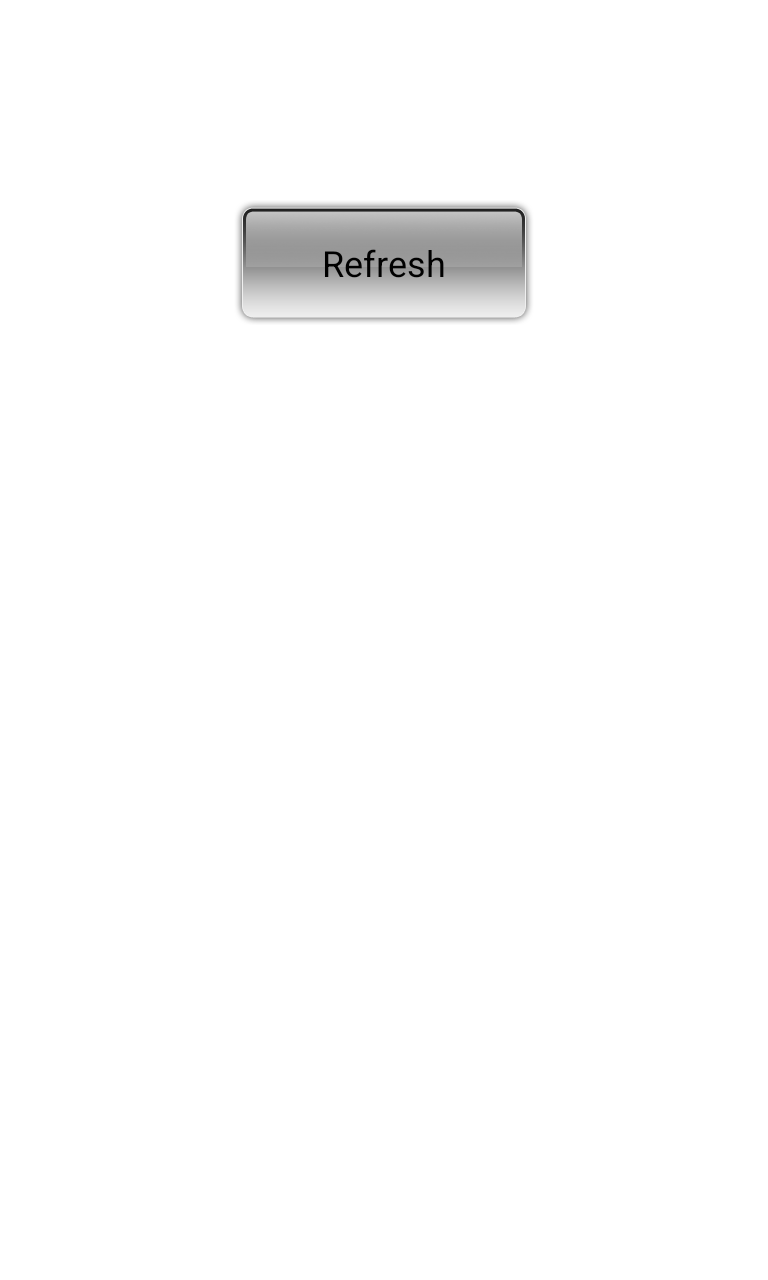
Repository: efreestone/MDF3_Freestone
Layout: ConvertIt/res/layout/activity_main.xml
These files come from the project's save history. The layout is drawn as it stood at one moment and after the next save; the edit follows.
It is drawn on a 768 x 1280 px phone screen (xhdpi) without system bars, with theme AppTheme; the app's code is not run.

Above is the layout before, as saved 2014-07-10 23:44:25.

### ConvertIt/res/layout/activity_main.xml
<?xml version="1.0" encoding="utf-8"?>
<LinearLayout xmlns:android="http://schemas.android.com/apk/res/android"
    android:id="@+id/parentView"
    android:layout_width="match_parent"
    android:layout_height="match_parent"
    android:orientation="vertical"
    >

    <TextView
        android:id="@+id/usdTV"
        android:layout_width="match_parent"
        android:layout_height="wrap_content"
        android:gravity="center" />

    <TextView
        android:id="@+id/eurTV"
        android:layout_width="match_parent"
        android:layout_height="wrap_content"
        android:gravity="center" />

    <TextView
        android:id="@+id/gbpTV"
        android:layout_width="match_parent"
        android:layout_height="wrap_content"
        android:gravity="center" />

    <TextView
        android:id="@+id/inrTV"
        android:layout_width="match_parent"
        android:layout_height="wrap_content"
        android:gravity="center" />

    <TextView
        android:id="@+id/cadTV"
        android:layout_width="match_parent"
        android:layout_height="wrap_content"
        android:gravity="center" />

    <Button
        android:id="@+id/refreshButton"
        android:layout_width="wrap_content"
        android:layout_height="wrap_content"
        android:layout_gravity="center"
        android:layout_margin="5dp"
        android:clickable="true"
        android:background="@drawable/button_background"
        android:text="@string/refreshButton"
        android:width="150dp" />



</LinearLayout>

### ConvertIt/res/drawable-hdpi/button_background.xml
<?xml version="1.0" encoding="utf-8"?>
<selector xmlns:android="http://schemas.android.com/apk/res/android" >
    <!-- Button Image when pressed -->
    <item
        android:drawable="@drawable/gradient_pressed_9patch"
        android:state_pressed="true"/>

    <!-- Button Image -->
    <item
        android:drawable="@drawable/gradient_9patch"/>



</selector>

### ConvertIt/res/drawable-ldpi/button_background.xml
<?xml version="1.0" encoding="utf-8"?>
<selector xmlns:android="http://schemas.android.com/apk/res/android" >
    <!-- Button Image when pressed -->
    <item
        android:drawable="@drawable/gradient_pressed_9patch"
        android:state_pressed="true"/>

    <!-- Button Image -->
    <item
        android:drawable="@drawable/gradient_9patch"/>



</selector>

### ConvertIt/res/drawable-mdpi/button_background.xml
<?xml version="1.0" encoding="utf-8"?>
<selector xmlns:android="http://schemas.android.com/apk/res/android" >
    <!-- Button Image when pressed -->
    <item
        android:drawable="@drawable/gradient_pressed_9patch"
        android:state_pressed="true"/>

    <!-- Button Image -->
    <item
        android:drawable="@drawable/gradient_9patch"/>



</selector>

### ConvertIt/res/drawable-xhdpi/button_background.xml
<?xml version="1.0" encoding="utf-8"?>
<selector xmlns:android="http://schemas.android.com/apk/res/android" >
    <!-- Button Image when pressed -->
    <item
        android:drawable="@drawable/gradient_pressed_9patch"
        android:state_pressed="true"/>

    <!-- Button Image -->
    <item
        android:drawable="@drawable/gradient_9patch"/>



</selector>

### ConvertIt/res/drawable-xxhdpi/button_background.xml
<?xml version="1.0" encoding="utf-8"?>
<selector xmlns:android="http://schemas.android.com/apk/res/android" >
    <!-- Button Image when pressed -->
    <item
        android:drawable="@drawable/gradient_pressed_9patch"
        android:state_pressed="true"/>

    <!-- Button Image -->
    <item
        android:drawable="@drawable/gradient_9patch"/>



</selector>

### ConvertIt/res/values/strings.xml
<?xml version="1.0" encoding="utf-8"?>
<resources>

    <string name="app_name">MDF3Project1</string>
    <string name="hello_world">Hello world!</string>
    <string name="action_settings">Settings</string>

    <string name="refreshButton">Refresh</string>

    <string name="noConnectionTitle">Connection Error</string>
    <string name="noConnectionAlert">This application requires internet access. Please check your network connection and try again.</string>

    <string name="noFileTitle">File does not exist</string>
    <string name="noFileAlert">The file does not exist on your device so it was requested from the API. Select Refresh to update the ListView</string>

</resources>

Loaded but not shown: ConvertIt/res/values/styles.xml (common file); ConvertIt/res/values-v11/styles.xml (common file); ConvertIt/res/values-v14/styles.xml (common file)

After the next save:
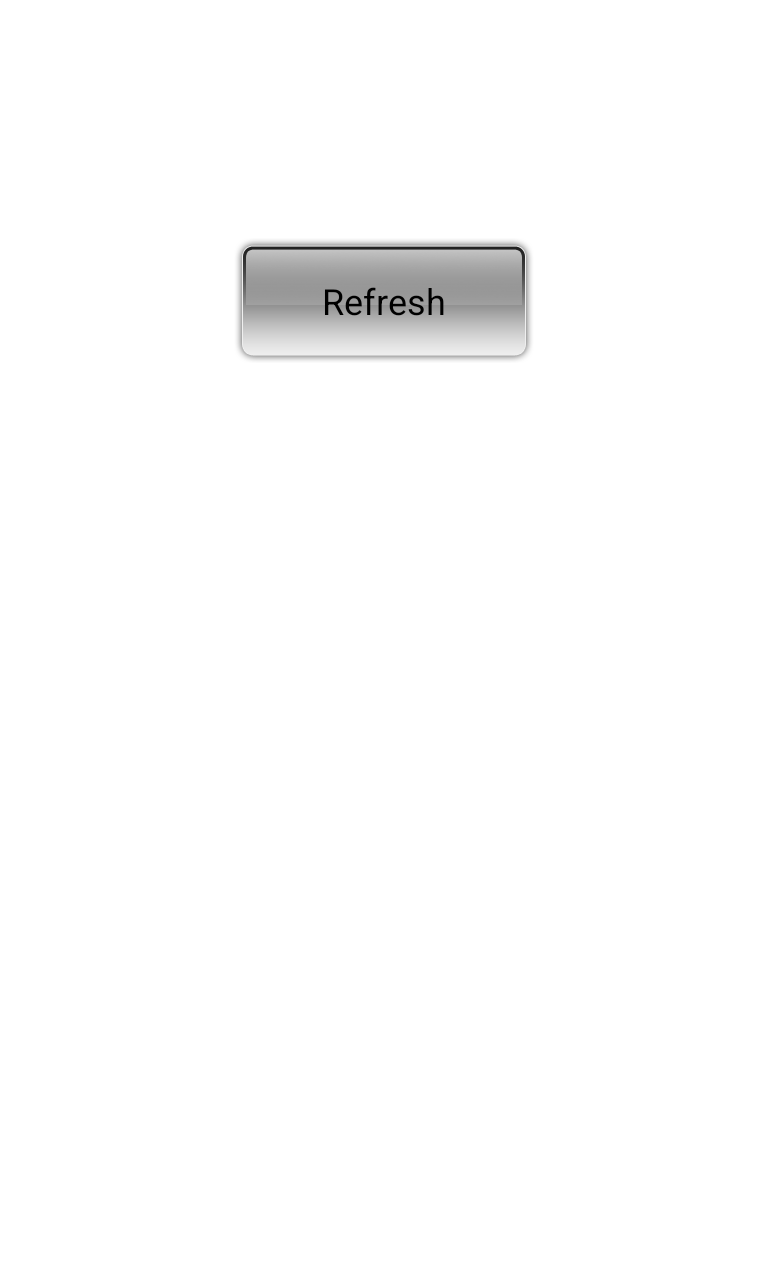
Saved 16 s later.
--- a/ConvertIt/res/layout/activity_main.xml
+++ b/ConvertIt/res/layout/activity_main.xml
@@ -36,6 +36,12 @@
         android:layout_height="wrap_content"
         android:gravity="center" />
 
+    <TextView
+        android:id="@+id/audTV"
+        android:layout_width="match_parent"
+        android:layout_height="wrap_content"
+        android:gravity="center" />
+
     <Button
         android:id="@+id/refreshButton"
         android:layout_width="wrap_content"
